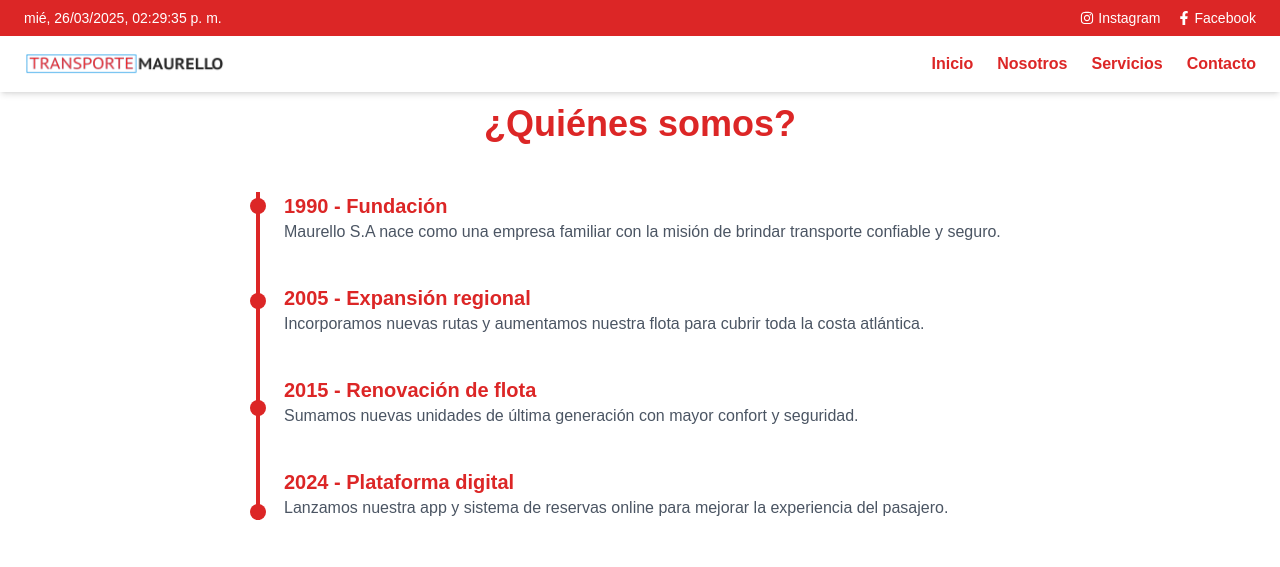
Repository: francoluca35/empresacolectivo
Page: /About
An editor plug-in stored every save of this project. The page is shown before and after the next save, followed by the edit.
The browser window is 1280 px wide. The pictures show the whole page.
The project was rebuilt for these pictures with package versions that can differ from the ones it lists, and the page was loaded fresh each time. The framework's server and built-in components were replaced by stand-ins that run in the browser. Also part of the build but not shown: next.config.js, next.config.mjs.

Above is the page before, as saved 2025-03-27 01:37:05.

After the next save:
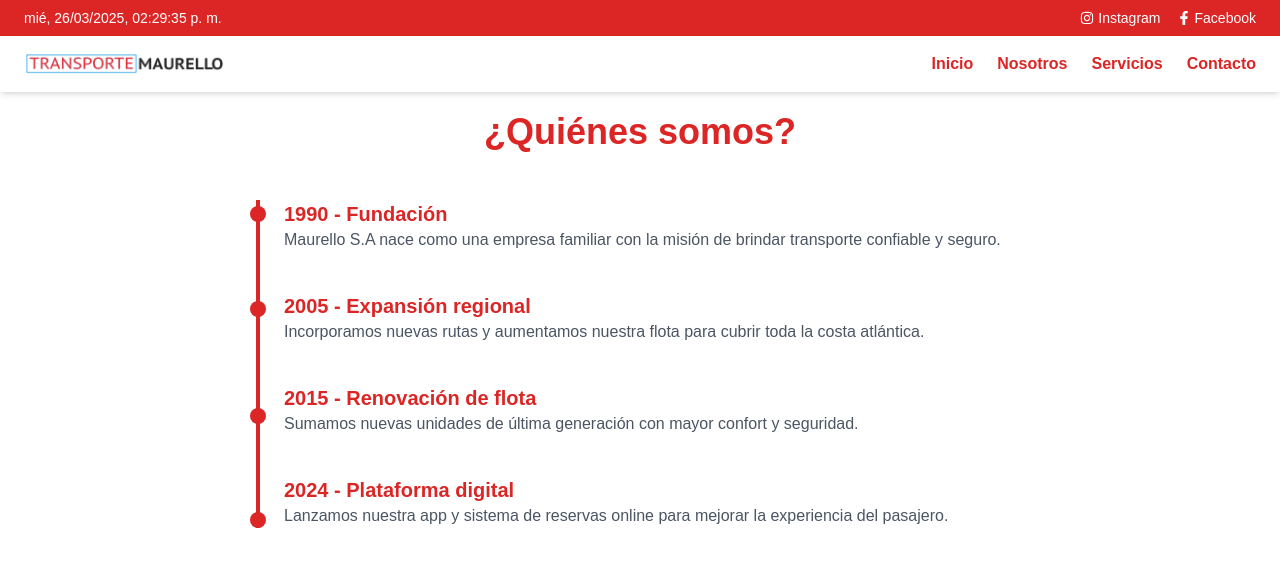
Saved 4 s later.
--- a/src/app/About/page.js
+++ b/src/app/About/page.js
@@ -5,7 +5,7 @@
   return (
     <>
     <Navbar/>
-    <section className="bg-white py-16 px-4 mt-10">
+    <section className="bg-white py-16 px-4 mt-12">
       <div className="max-w-screen-md mx-auto">
         <h2 className="text-4xl font-bold text-red-600 text-center mb-12">¿Quiénes somos?</h2>
 
